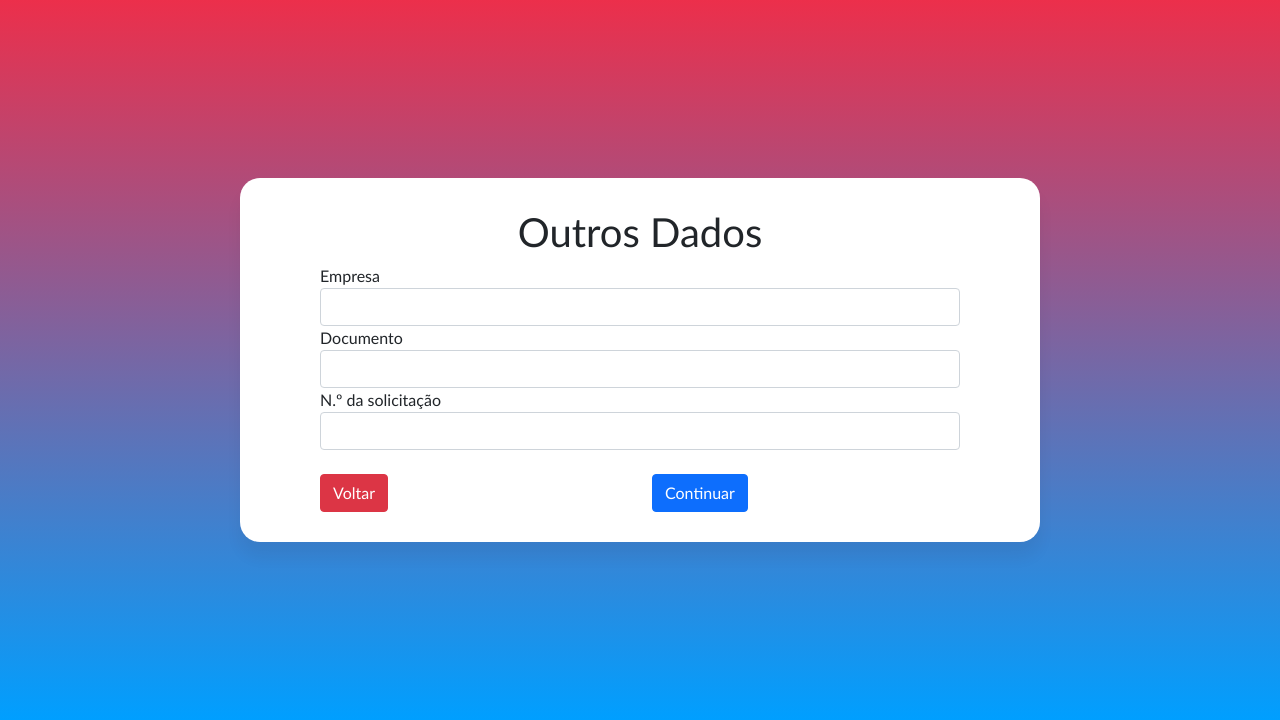
Repository: DeanLemosXD/ReactJS-3steps-form
Page: /, after clicking the first element matching `button.btn`
An editor plug-in stored every save of this project. The page is shown before and after the next save, followed by the edit.
The browser window is 1280 px wide. The pictures show the whole page.
The project was rebuilt for these pictures with package versions that can differ from the ones it lists, and the page was loaded fresh each time.

Above is the page before, as saved 2021-10-26 17:43:35.

After the next save:
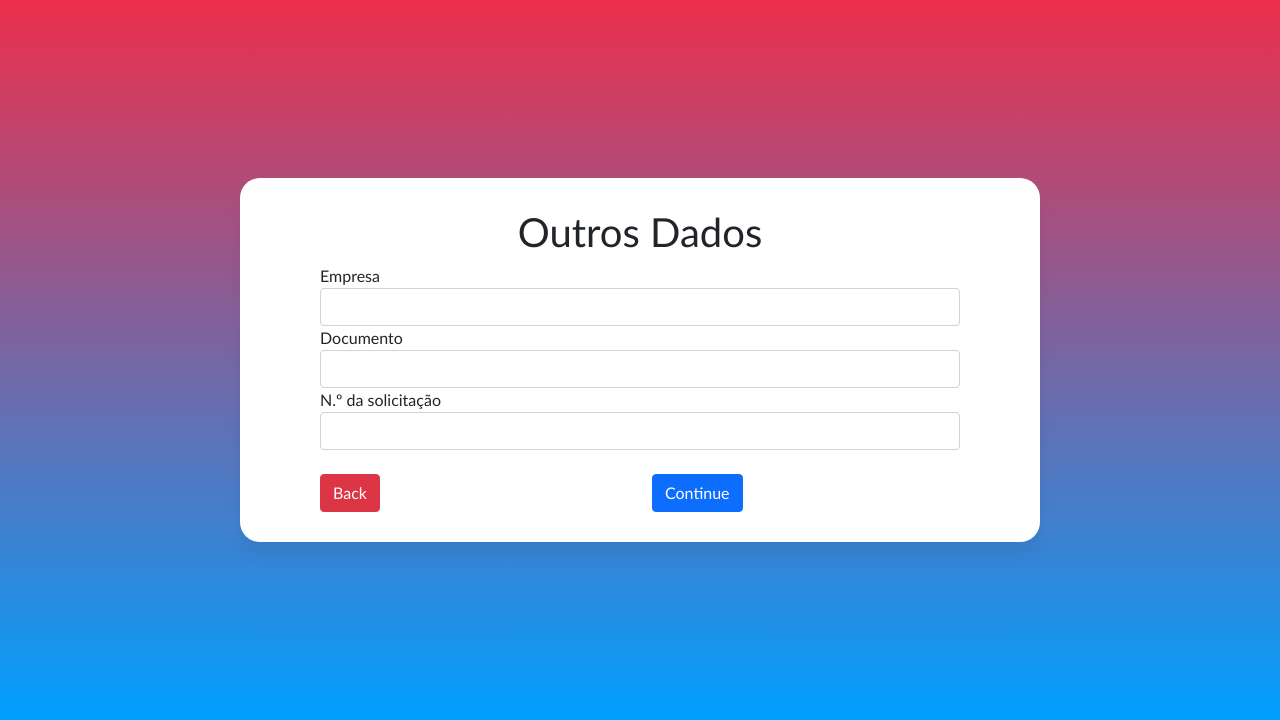
Saved 85 s later.
--- a/src/components/OtherData.js
+++ b/src/components/OtherData.js
@@ -30,15 +30,14 @@
 
 
                 <br />
-            <div className="row">
-                <div className="col-6">
-                    <button className="btn btn-danger" onClick={this.back}>Voltar</button>
+                <div className="row">
+                    <div className="col-6">
+                        <button className="btn btn-danger" onClick={this.back}>Back</button>
+                    </div>
+                    <div className="col-6 text-right">
+                        <button className="btn btn-primary" onClick={this.continue}>Continue</button>
+                    </div>
                 </div>
-                <div className="col-6 text-right">
-                    <button className="btn btn-primary" onClick={this.continue}>Continuar</button>
-                </div>
-            </div>
-
             </div>
         )
     }

After the save that followed:
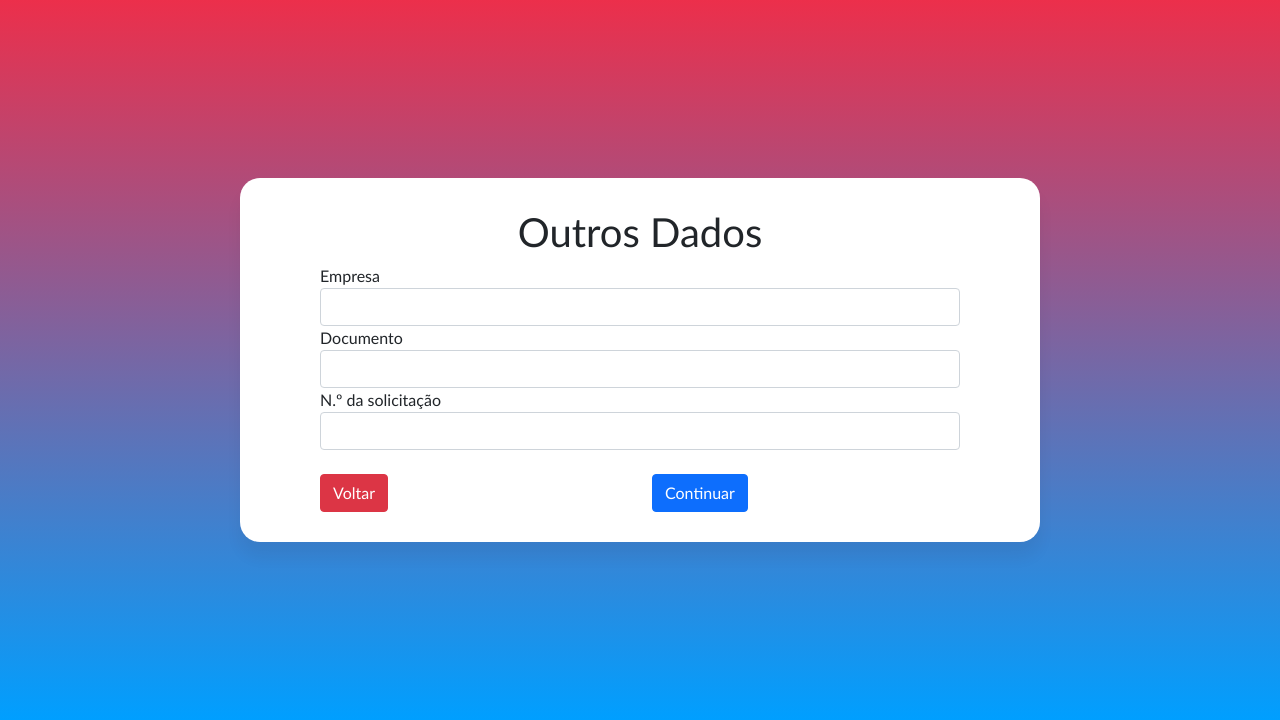
Saved 20 s later.
--- a/src/components/OtherData.js
+++ b/src/components/OtherData.js
@@ -30,14 +30,15 @@
 
 
                 <br />
-                <div className="row">
-                    <div className="col-6">
-                        <button className="btn btn-danger" onClick={this.back}>Back</button>
-                    </div>
-                    <div className="col-6 text-right">
-                        <button className="btn btn-primary" onClick={this.continue}>Continue</button>
-                    </div>
+            <div className="row">
+                <div className="col-6">
+                    <button className="btn btn-danger" onClick={this.back}>Voltar</button>
                 </div>
+                <div className="col-6 text-right">
+                    <button className="btn btn-primary" onClick={this.continue}>Continuar</button>
+                </div>
+            </div>
+
             </div>
         )
     }
